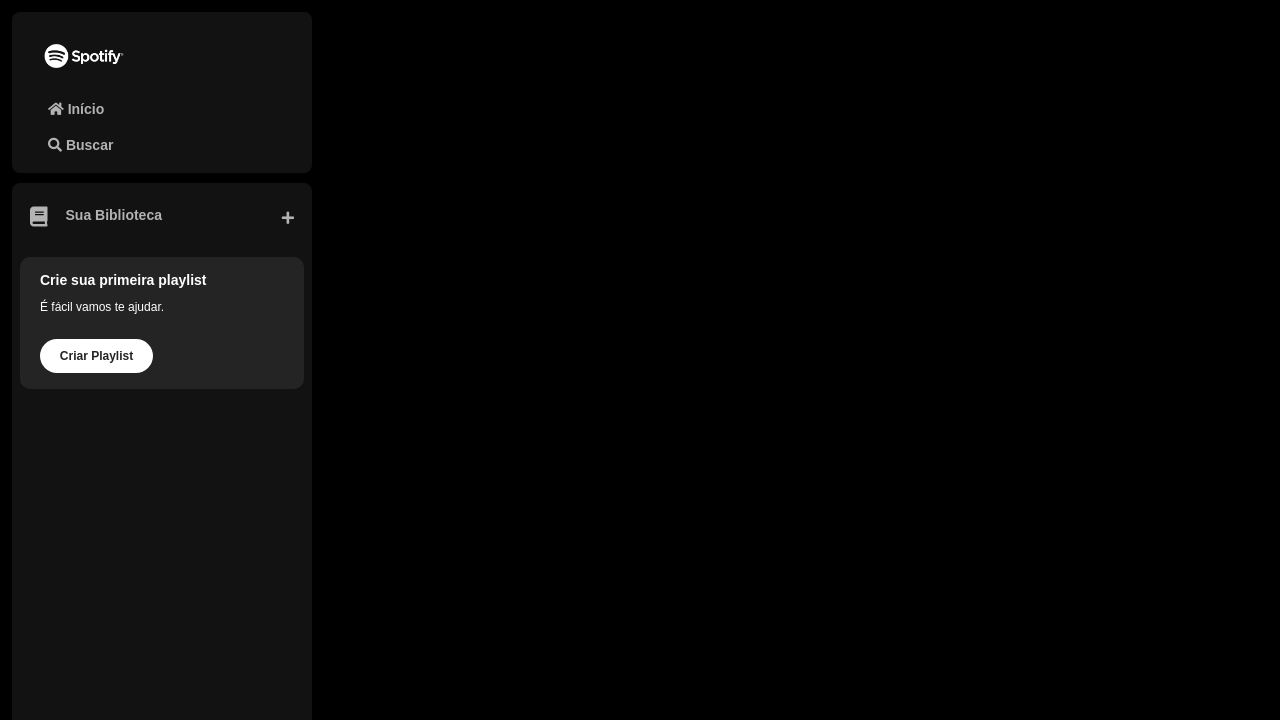
Repository: guilhermecardoso93/spotify-alura
Page: index.html
The author's editor kept a copy of each file at every save. The page is drawn from the files as they stood at one save, then again after the next save.
The browser window is 1280 px wide. The pictures show the whole page.

Above is the page before, as saved 2024-02-21 20:16:08.

After the next save:
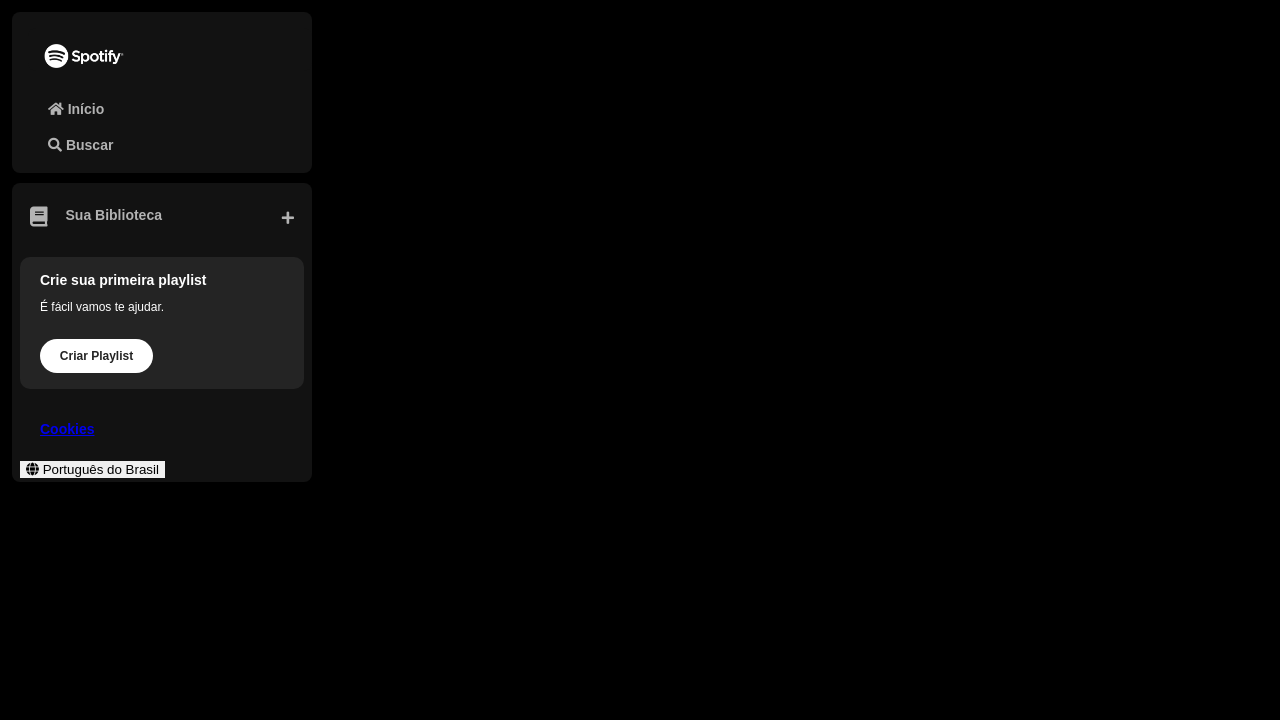
Saved 4 s later.
--- a/styles.css
+++ b/styles.css
@@ -146,5 +146,5 @@
 
 .cookies {
   text-decoration: none;
-  margin: 25pc 20px;
+  margin: 25px 20px;
 }
